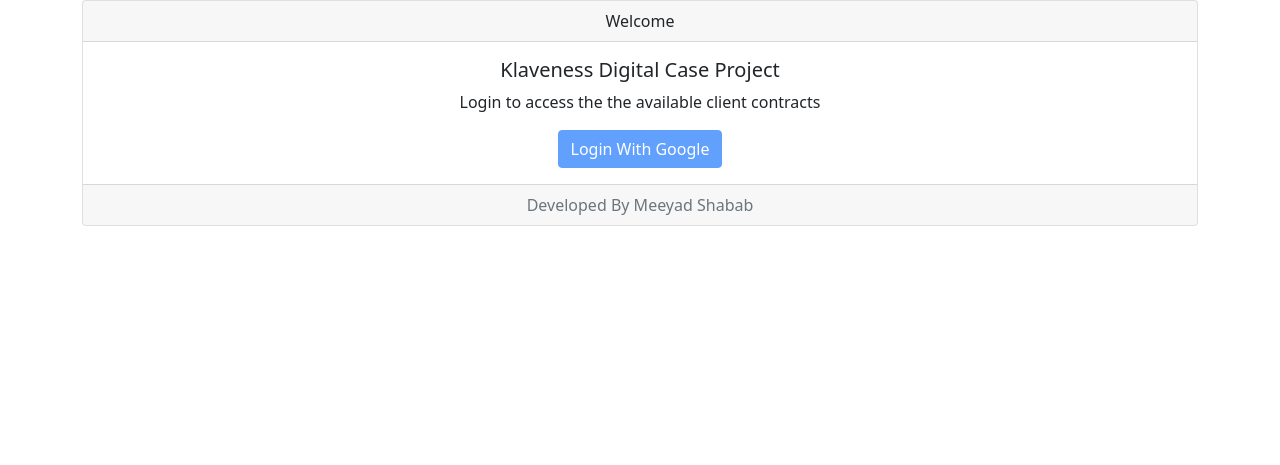
Repository: mmshabab90/klavenesstask
Page: / (app in client/)
An editor plug-in stored every save of this project. The page is shown before and after the next save, followed by the edit.
The browser window is 1280 px wide. The pictures show the whole page.
The project was rebuilt for these pictures with package versions that can differ from the ones it lists, and the page was loaded fresh each time.

Above is the page before, as saved 2021-11-02 15:33:21.

After the next save:
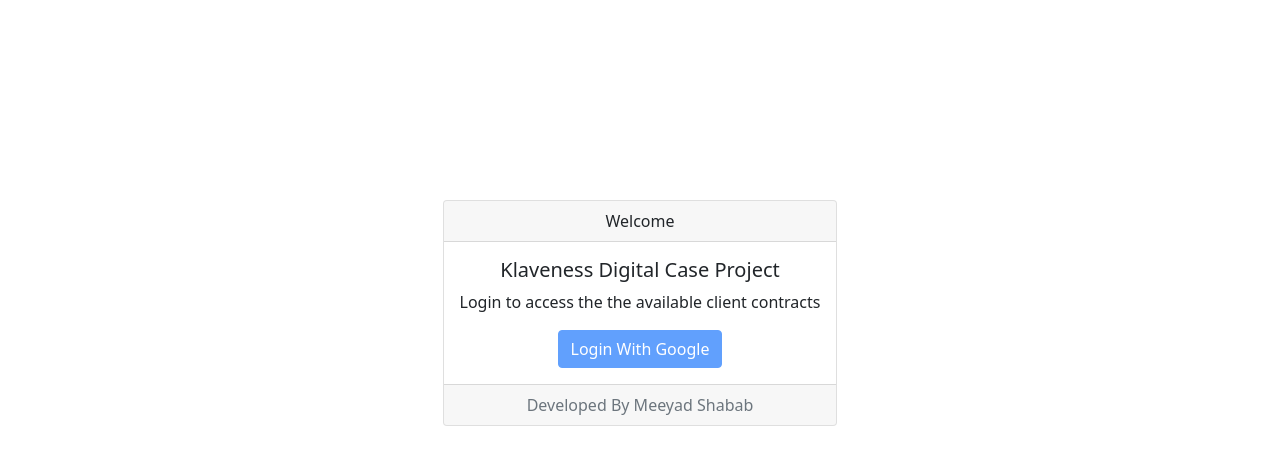
Saved 3 min 43 s later.
--- a/client/src/App.css
+++ b/client/src/App.css
@@ -1,7 +1,9 @@
 .home__page {
-  max-width: 1000px;
-  margin: auto;
-  left: 1%;
-  right: 1%;
-  position: absolute;
+  height: 87vh;
+  display: flex;
+  align-items: center;
+  justify-content: center;
+  width: 50%;
+  margin: 0 auto;
+  text-align: center;
 }
